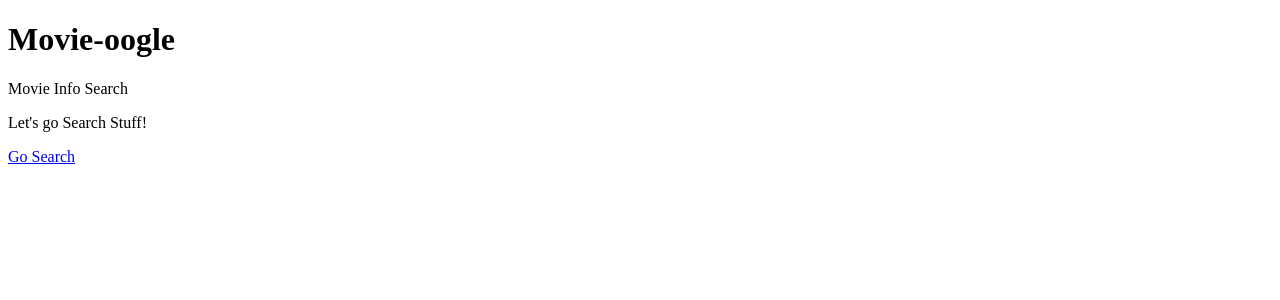
Repository: mxd369/webprogramming2
Page: project2Movies/WebContent/index.html
These files come from the project's save history. The page is drawn as it stood at one moment and after the next save; the edit follows.
The browser window is 1280 px wide. The pictures show the whole page.

Above is the page before, as saved 2017-03-01 00:10:40.

### project2Movies/WebContent/index.html
<!DOCTYPE html>
<html>
<head>
<meta charset="UTF-8">
<title>Search</title>
</head>
<body>
<h1>Movie-oogle</h1>
<p>Movie Info Search</p>
	<p>Let's go Search Stuff!</p>
	<a href="movie.html">Go Search</a>
</body>
</html>

After the next save:
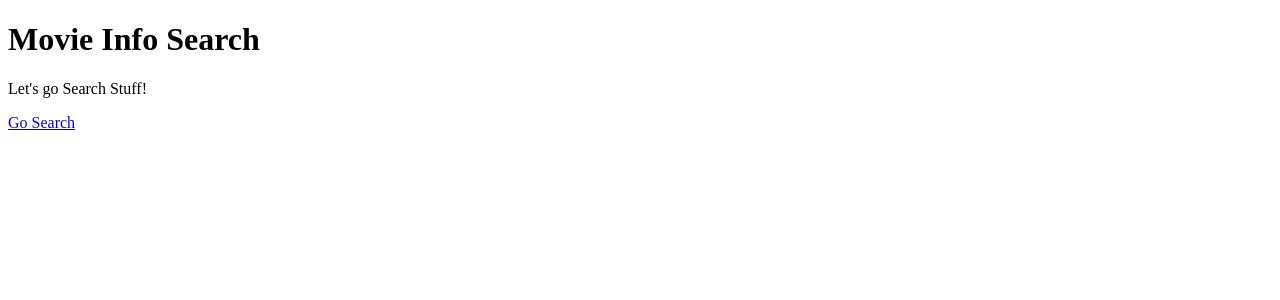
Saved 32 s later.
--- a/project2Movies/WebContent/index.html
+++ b/project2Movies/WebContent/index.html
@@ -5,8 +5,8 @@
 <title>Search</title>
 </head>
 <body>
-<h1>Movie-oogle</h1>
-<p>Movie Info Search</p>
+
+	<h1>Movie Info Search</h1>
 	<p>Let's go Search Stuff!</p>
 	<a href="movie.html">Go Search</a>
 </body>
